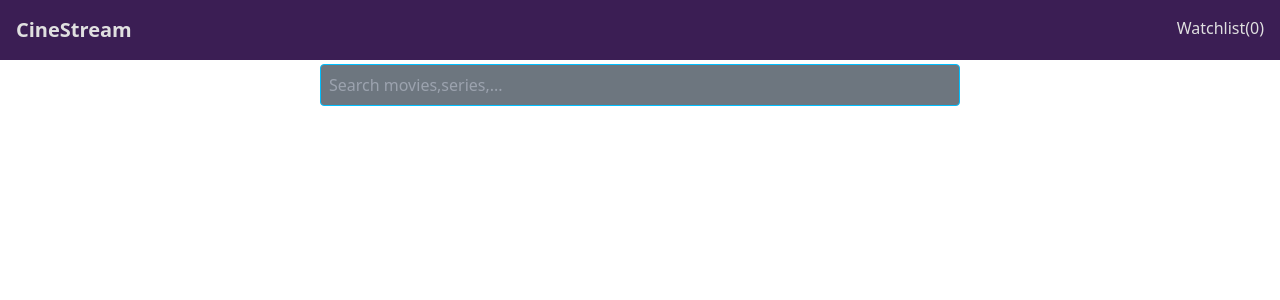
Repository: Reshmashameem31/Cine-Stream
Page: / (app in movie-project/)
These files come from the project's save history. The page is drawn as it stood at one moment and after the next save; the edit follows.
The browser window is 1280 px wide. The pictures show the whole page.
The project was rebuilt for these pictures with package versions that can differ from the ones it lists, and the page was loaded fresh each time. Also part of the build but not shown: movie-project/vite.config.js, movie-project/src/pages/WatchList.jsx.

Above is the page before, as saved 2025-08-15 16:25:00.

### movie-project/src/App.jsx
import {BrowserRouter,Routes,Route} from 'react-router-dom'

import { useState } from 'react'
import Navbar from './pages/Navbar'
import Watchlist from './pages/WatchList'
import Home from './pages/Home'
function App() {
  const [count, setCount] = useState(0)

  return (
    <BrowserRouter>
    <div className='bg-[#00]'>
    <Navbar/>
    <Routes>
      <Route path='/' element={<Home/>}></Route>
        <Route path='/watchlist' element={<Watchlist/>}></Route>
    </Routes></div>
    </BrowserRouter>
  )
}

export default App

### movie-project/src/pages/Navbar.jsx
import React from 'react'
import { Link } from 'react-router-dom'

const Navbar = () => {
  return (
    <nav className='p-4 bg-[#3B1E54] text-[#E0E0E0]  flex justify-between fixed w-full top-0'>
      <Link to="/" className='font-bold text-xl hover:text-[#00E5FF] '>CineStream</Link>
      <Link to="/watchlist" className='text-l hover:text-[#00E5FF]'>Watchlist(0)</Link>
    </nav>
  )
}

export default Navbar

### movie-project/src/pages/Home.jsx
import React from 'react'

const Home = () => {
  return (
    <div className='p-4 pt-16 '>
        <input type='text' placeholder='Search movies,series,...'
         className='p-2 w-3/4 md:w-1/2 border rounded border-[#00BFFF]
          bg-[#0D1B2A] bg-opacity-60 backdrop-blur-md text-white fixed  left-1/4  top-16' />
        <div className='movies-container'></div>
        <div className='pagination-container'></div>

    </div>
  )
}

export default Home

Loaded but not shown: movie-project/index.html (common file); movie-project/src/main.jsx (common file); movie-project/src/index.css (common file); movie-project/tailwind.config.js (common file)

After the next save:
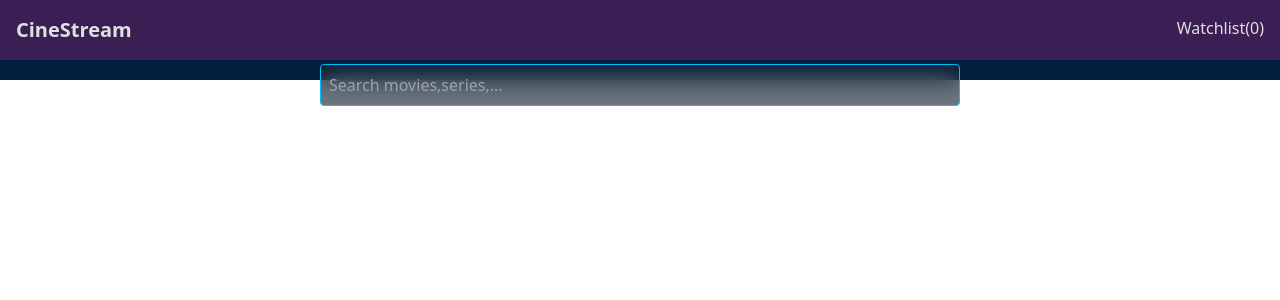
Saved 5 s later.
--- a/movie-project/src/App.jsx
+++ b/movie-project/src/App.jsx
@@ -9,7 +9,7 @@ function App() {
 
   return (
     <BrowserRouter>
-    <div className='bg-[#00]'>
+    <div className='bg-[#001F3F]'>
     <Navbar/>
     <Routes>
       <Route path='/' element={<Home/>}></Route>
